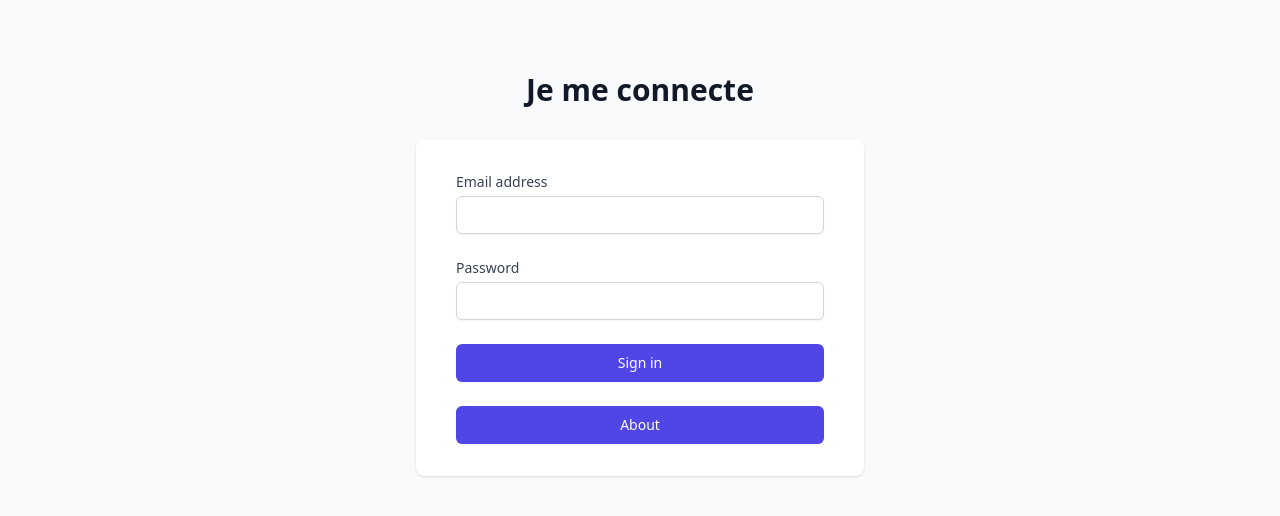
Repository: Dydja/dashAlladjai
Page: /
These files come from the project's save history. The page is drawn as it stood at one moment and after the next save; the edit follows.
The browser window is 1280 px wide. The pictures show the whole page.
The project was rebuilt for these pictures with package versions that can differ from the ones it lists, and the page was loaded fresh each time. Also part of the build but not shown: vite.config.js.

Above is the page before, as saved 2024-01-28 21:49:51.

After the next save:
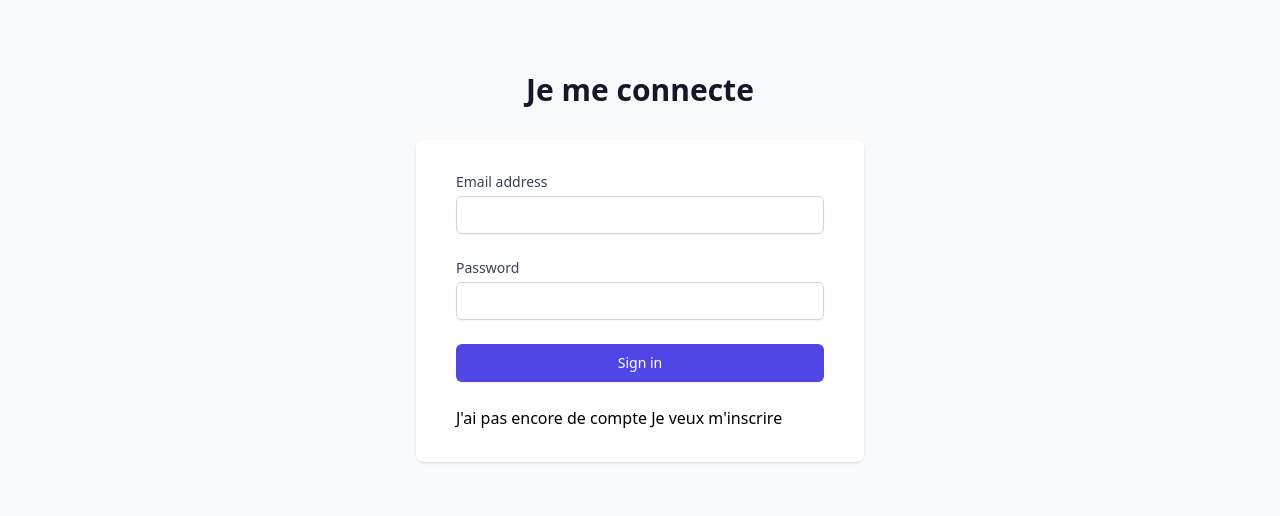
Saved 30 s later.
--- a/src/views/auth/LoginView.vue
+++ b/src/views/auth/LoginView.vue
@@ -37,11 +37,7 @@
                             class="w-full flex justify-center py-2 px-4 border border-transparent rounded-md shadow-sm text-sm font-medium text-white bg-indigo-600 hover:bg-indigo-700 focus:outline-none focus:ring-2 focus:ring-offset-2 focus:ring-indigo-500">Sign
                             in</button>
                         <br />
-                        <button type="submit"
-                            class="w-full flex justify-center py-2 px-4 border border-transparent rounded-md shadow-sm text-sm font-medium text-white bg-indigo-600 hover:bg-indigo-700 focus:outline-none focus:ring-2 focus:ring-offset-2 focus:ring-indigo-500">
-
-                            <router-link to="/about"></router-link> About
-                        </button>
+                        J'ai pas encore de compte <router-link to="/about" tabindex="-1">Je veux m'inscrire</router-link>
                     </div>
                 </form>
             </div>
